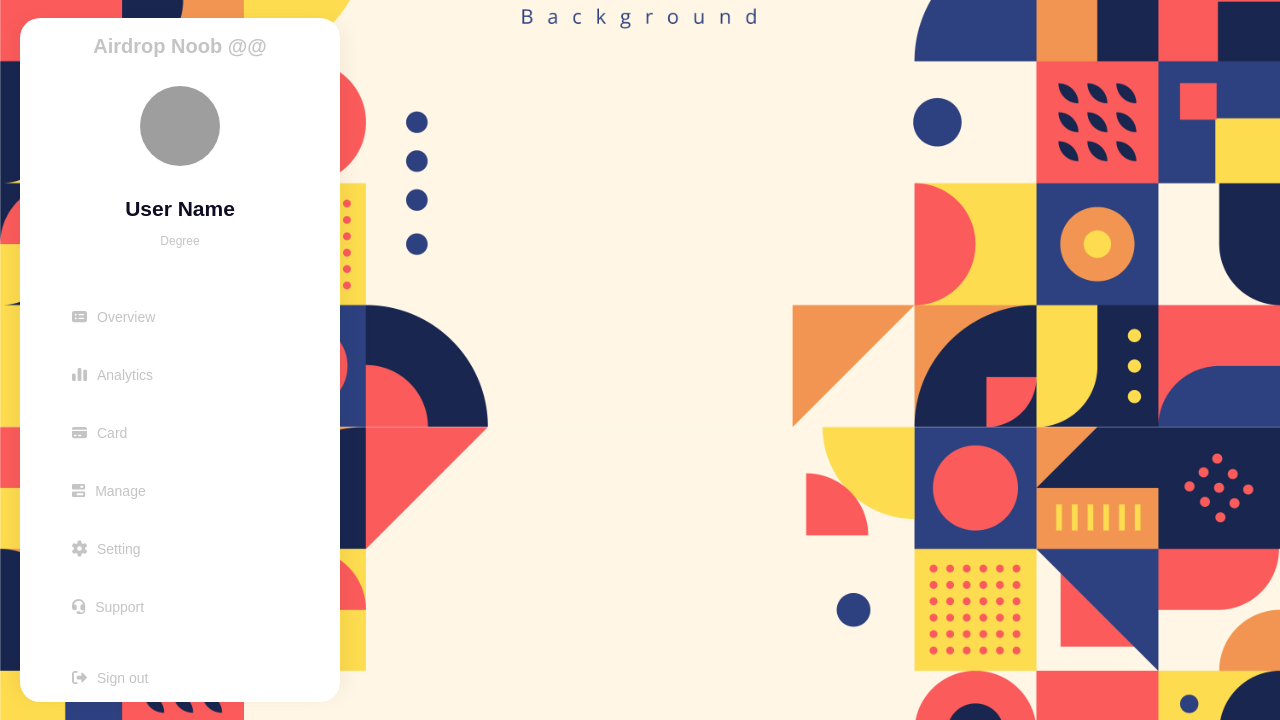
Repository: conGaStuer/airdropmamager
Page: /
The author's editor kept a copy of each file at every save. The page is drawn from the files as they stood at one save, then again after the next save.
The browser window is 1280 px wide. The pictures show the whole page.
Pictures or frames that could not be fetched are drawn as grey boxes. The project was rebuilt for these pictures with package versions that can differ from the ones it lists, and the page was loaded fresh each time. The framework's server and built-in components were replaced by stand-ins that run in the browser. Also part of the build but not shown: next.config.ts.

Above is the page before, as saved 2025-05-25 19:59:07.

### src/app/layout.tsx
import type { Metadata } from "next";
import { Geist, Geist_Mono } from "next/font/google";
import "../styles/globals.css";
import "../lib/fontawesome";
const geistSans = Geist({
  variable: "--font-geist-sans",
  subsets: ["latin"],
});

const geistMono = Geist_Mono({
  variable: "--font-geist-mono",
  subsets: ["latin"],
});

export const metadata: Metadata = {
  title: "Create Next App",
  description: "Generated by create next app",
};

export default function RootLayout({
  children,
}: Readonly<{
  children: React.ReactNode;
}>) {
  return (
    <html lang="en">
      <body
        className={`${geistSans.variable} ${geistMono.variable} antialiased`}
      >
        {children}
      </body>
    </html>
  );
}

### src/app/page.tsx
import Link from "next/link";
import SideBar from "../components/SideBar";
export default function Home() {
  return (
    <div className="home">
      {/* <Link href="/airdrops">
        <button>Đi đến trang Airdrops</button>
      </Link> */}
      <SideBar />
    </div>
  );
}

### src/styles/globals.css
@tailwind base;
@tailwind components;
@tailwind utilities;

:root {
  --background: #ffffff;
  --foreground: #171717;
}

@media (prefers-color-scheme: dark) {
  :root {
    --background: #0a0a0a;
    --foreground: #ededed;
  }
}

body {
  color: var(--foreground);
  background: var(--background);
  font-family: Arial, Helvetica, sans-serif;
  background-image: url("../styles/bg.jpg");
  background-size: cover;
  background-position: center;
}

### src/lib/fontawesome.js
// src/lib/fontawesome.js
import { config } from "@fortawesome/fontawesome-svg-core";
import "@fortawesome/fontawesome-svg-core/styles.css";
config.autoAddCss = false; // ⛔️ Ngăn tự thêm CSS vì Next.js xử lý riêng

### src/components/SideBar.js
import React from "react";
import "../styles/sideBar.scss";
import { FontAwesomeIcon } from "@fortawesome/react-fontawesome";
import {
  faEdit,
  faTrash,
  faRectangleList,
  faChartSimple,
  faCreditCard,
  faBarsProgress,
  faGear,
  faHeadset,
  faRightFromBracket,
} from "@fortawesome/free-solid-svg-icons";

export default function SideBar() {
  return (
    <div className="side-bar">
      <div className="side-info">
        <h4>Airdrop Noob @@</h4>
        <div className="user-profile">
          <img src="/path/to/image.jpg" />
          <h4>User Name</h4>
          <p>Degree</p>
        </div>
      </div>
      <div className="side-menu">
        <div className="menu-element menu-element1">
          <FontAwesomeIcon icon={faRectangleList} className="icon" />
          <span>Overview</span>
        </div>
        <div className="menu-element">
          <FontAwesomeIcon icon={faChartSimple} className="icon" />
          <span>Analytics</span>
        </div>
        <div className="menu-element">
          <FontAwesomeIcon icon={faCreditCard} className="icon" />
          <span>Card</span>
        </div>
        <div className="menu-element">
          <FontAwesomeIcon icon={faBarsProgress} className="icon" />
          <span>Manage</span>
        </div>
        <div className="menu-element">
          <FontAwesomeIcon icon={faGear} className="icon" />
          <span>Setting</span>
        </div>
        <div className="menu-element">
          <FontAwesomeIcon icon={faHeadset} className="icon" />

          <span>Support</span>
        </div>
      </div>
      <div className="side-logout">
        <FontAwesomeIcon icon={faRightFromBracket} className="icon" />
        <span>Sign out</span>
      </div>
    </div>
  );
}

### src/styles/sideBar.scss
@mixin center-div {
  display: flex;
  flex-direction: column;
  justify-content: space-between;
  align-items: center;
}
@mixin no-space-text {
  margin: 0px;
  padding: 0px;
}
.side-bar {
  @include center-div();
  width: 25%;
  height: 95vh;
  position: fixed;
  top: 2.5%;
  left: 20px;
  border-radius: 20px;
  background-color: white;
  color: #c4c4c4;
  box-shadow: 10px 0 20px -5px rgba(0, 0, 0, 0.05),
    -10px 0 20px -5px rgba(0, 0, 0, 0.05);
  .icon {
    font-size: 15px;
    margin-right: 10px;
    position: relative;
    top: -1px;
  }
  .side-info {
    width: 80%;
    height: 37%;
    display: flex;
    flex-direction: column;
    justify-content: space-around;
    align-items: center;

    h4 {
      @include no-space-text();
      font-size: 20px;
      font-weight: bold;
    }
    .user-profile {
      width: 75%;
      height: 68%;
      @include center-div();

      img {
        width: 80px;
        height: 80px;
        border-radius: 50%;
      }
      h4 {
        font-size: 21px;
        font-weight: bold;
        @include no-space-text();
        position: relative;
        top: 5px;
        color: #0d0c22;
      }
      p {
        @include no-space-text();
        font-size: 12px;
        position: relative;
        top: -8px;
      }
    }
  }
  .side-menu {
    width: 80%;
    height: 50%;
    @include center-div();
    .menu-element1 {
      background-color: #0d0c22;
    }
    .menu-element {
      width: 100%;
      height: 15%;
      background-color: white;
      border-radius: 8px;
      font-size: 14px;
      display: flex;
      align-items: center;
      padding: 20px;
      color: #c4c4c4;
    }
  }
  .side-logout {
    width: 80%;
    height: 7%;
    display: flex;
    align-items: center;
    padding: 20px;
    span {
      font-size: 14px;
    }
  }
}

Loaded but not shown: tailwind.config.ts (common file)

After the next save:
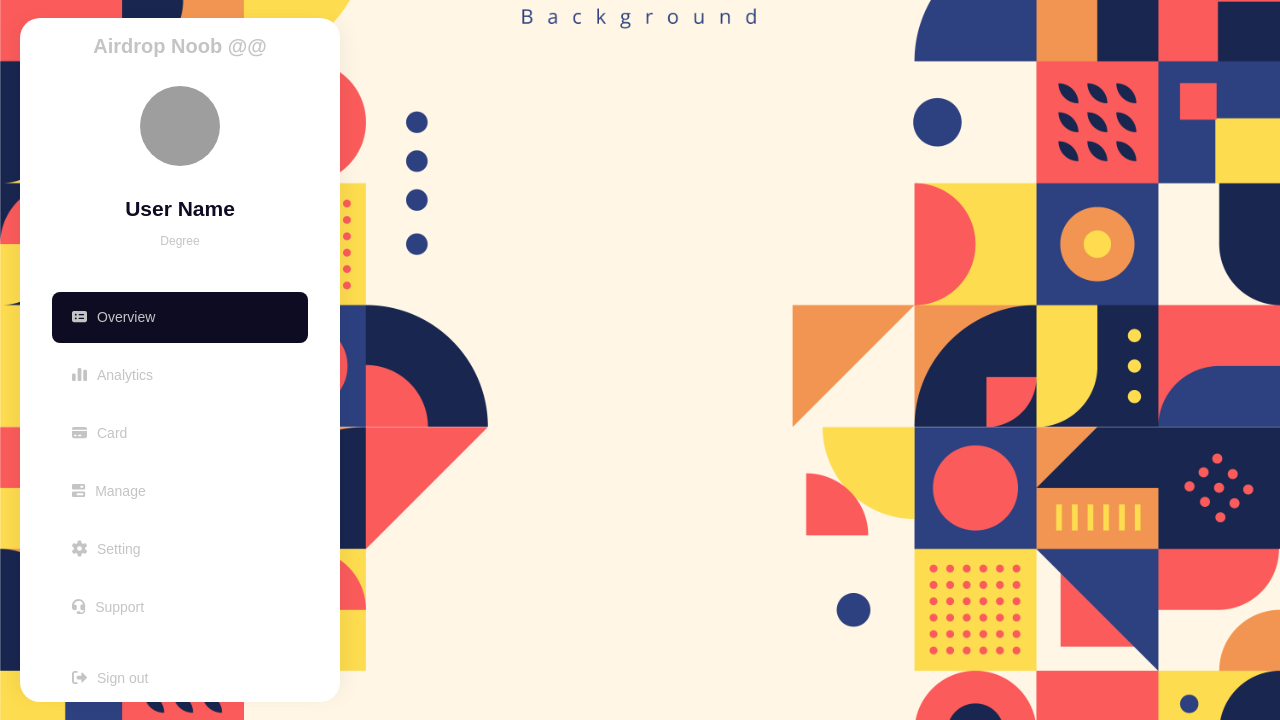
Saved 23 s later.
--- a/src/styles/sideBar.scss
+++ b/src/styles/sideBar.scss
@@ -69,9 +69,7 @@
     width: 80%;
     height: 50%;
     @include center-div();
-    .menu-element1 {
-      background-color: #0d0c22;
-    }
+
     .menu-element {
       width: 100%;
       height: 15%;
@@ -82,6 +80,9 @@
       align-items: center;
       padding: 20px;
       color: #c4c4c4;
+    }
+    .menu-element1 {
+      background-color: #0d0c22;
     }
   }
   .side-logout {
